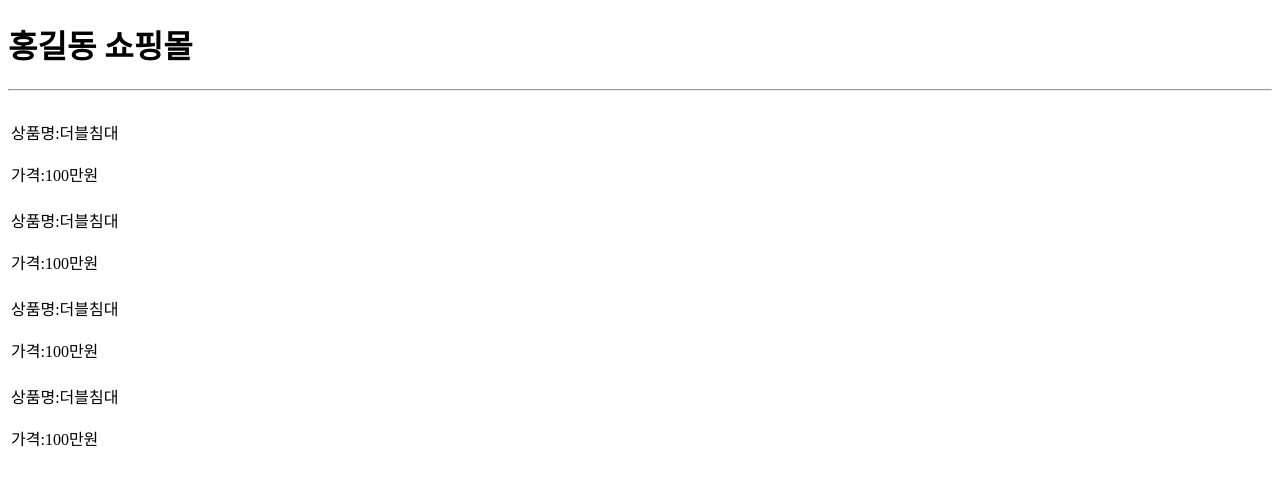
Repository: blinggg/html_git
Page: 0406/ex0406/WebContent/ex07.html
These files come from the project's save history. The page is drawn as it stood at one moment and after the next save; the edit follows.
The browser window is 1280 px wide. The pictures show the whole page.

Above is the page before, as saved 2020-04-06 07:38:34.

After the next save:
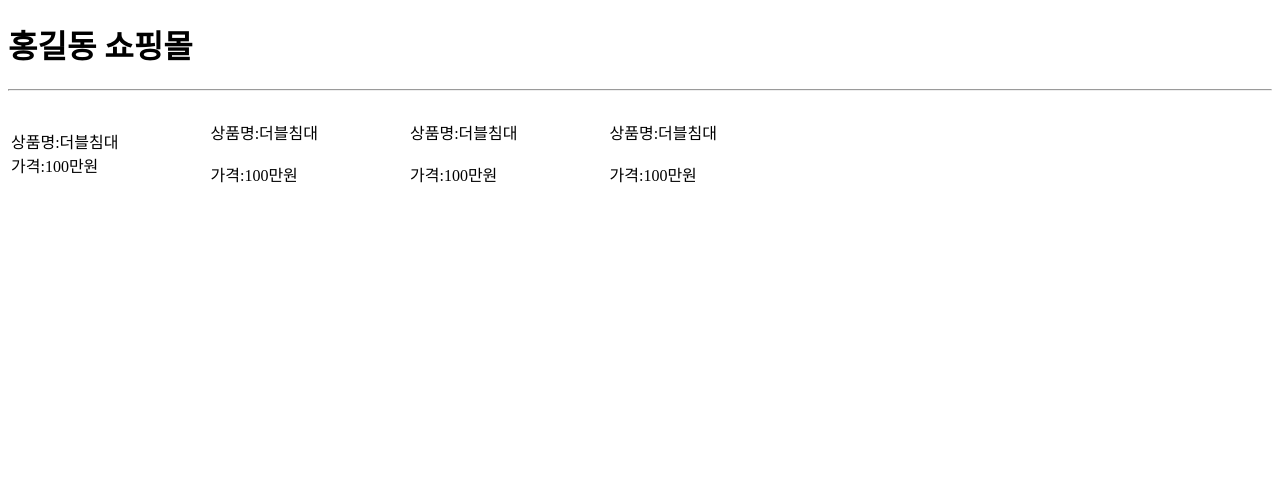
Saved 50 s later.
--- a/0406/ex0406/WebContent/ex07.html
+++ b/0406/ex0406/WebContent/ex07.html
@@ -26,29 +26,30 @@
 		<td>
 		<img: src="http://placehold.it/150x150"/><br>
 		상품명:더블침대<br>
-		<br>가격:100만원
+		가격:100만원
 	</td>
 
-		<tr>
+
 		<td>
 		<img: src="http://placehold.it/150x150"/><br>
 		상품명:더블침대<br>
 		<br>가격:100만원
 	</td>
 
-		<tr>
+
 		<td>
 		<img: src="http://placehold.it/150x150"/><br>
 		상품명:더블침대<br>
 		<br>가격:100만원
 	</td>
 
-		<tr>
+
 		<td>
 		<img: src="http://placehold.it/150x150"/><br>
 		상품명:더블침대<br>
 		<br>가격:100만원
 	</td>
+	</tr>
 	</table>
 
 </section>
